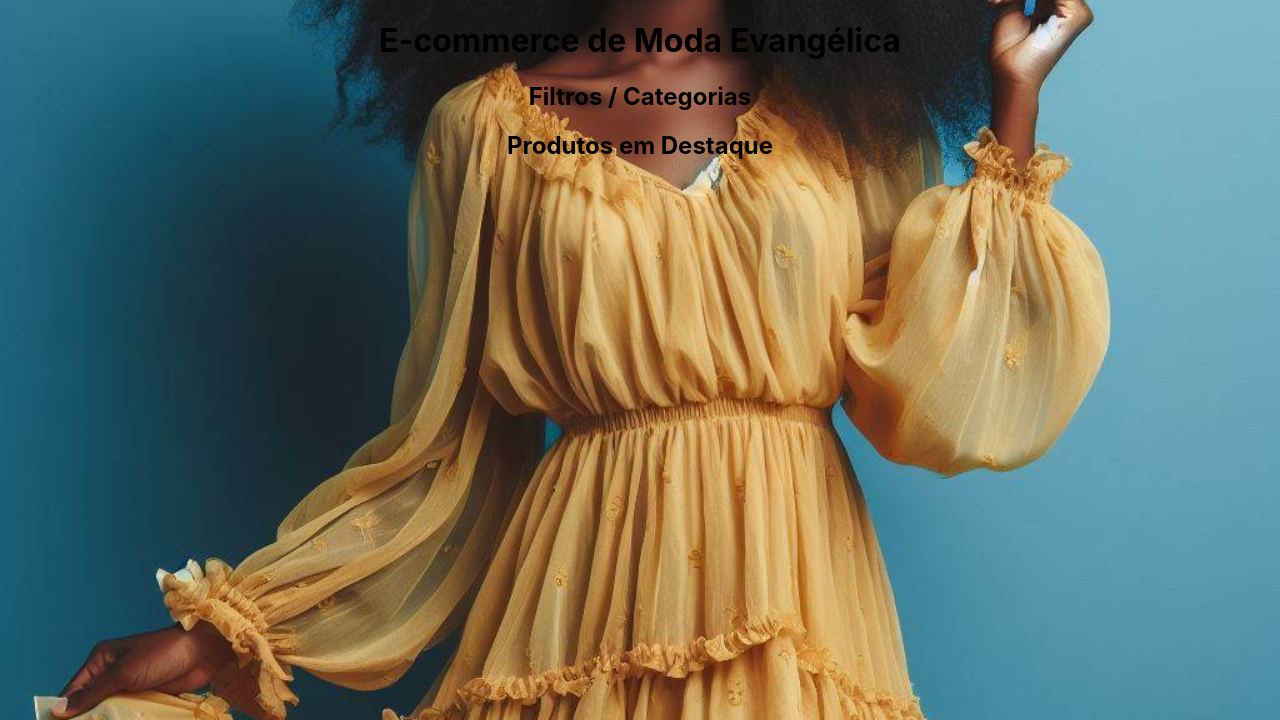
Repository: Mixchelle/ecommerce-moda-evangelica
Page: /
These files come from the project's save history. The page is drawn as it stood at one moment and after the next save; the edit follows.
The browser window is 1280 px wide. The pictures show the whole page.
The project was rebuilt for these pictures with package versions that can differ from the ones it lists, and the page was loaded fresh each time. Also part of the build but not shown: src/pages/Login.js, src/pages/LoginAdmin.jsx, src/pages/Admin.js, src/pages/Cart.js.

Above is the page before, as saved 2024-04-29 22:23:02.

After the next save:
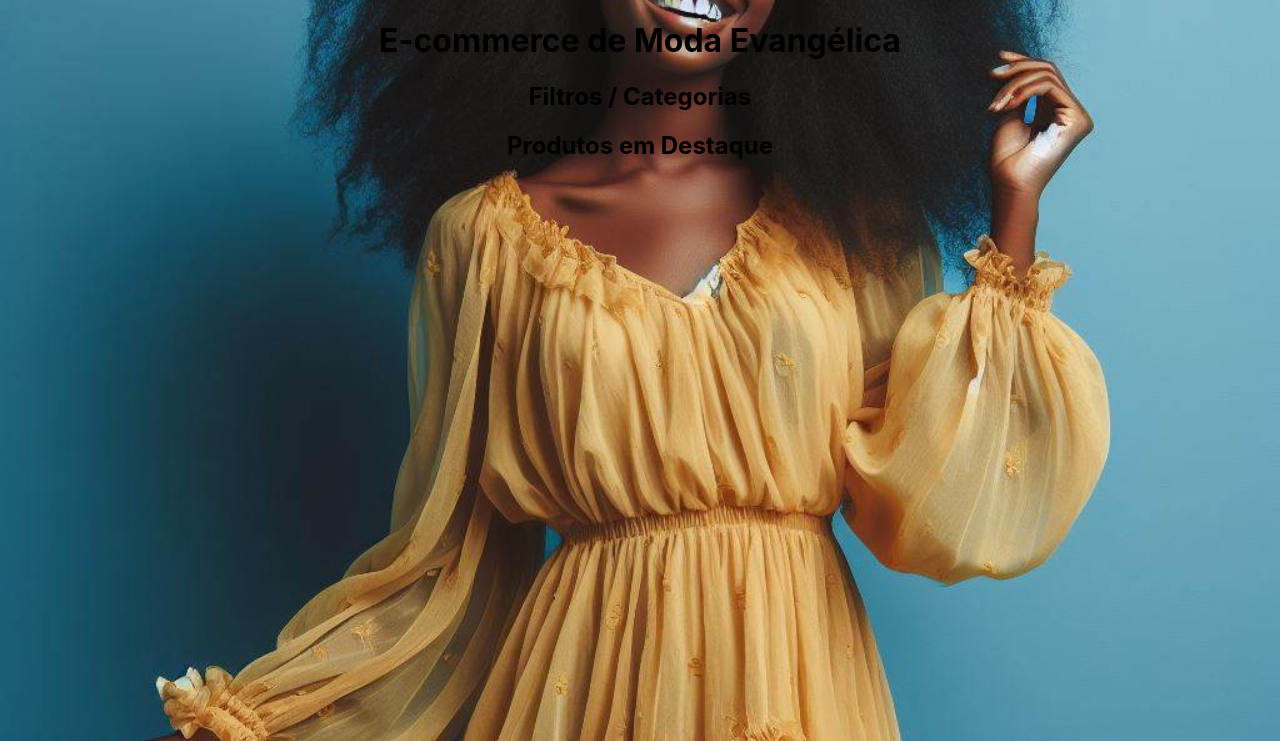
Saved 7 s later.
--- a/src/style/Login.css
+++ b/src/style/Login.css
@@ -3,7 +3,7 @@ body {
   background-size: cover;
   background-repeat: no-repeat;
   background-position: center;
-  height: 70vh;
+  height:100vh;
   margin: 0;
   padding: 0;
 }
